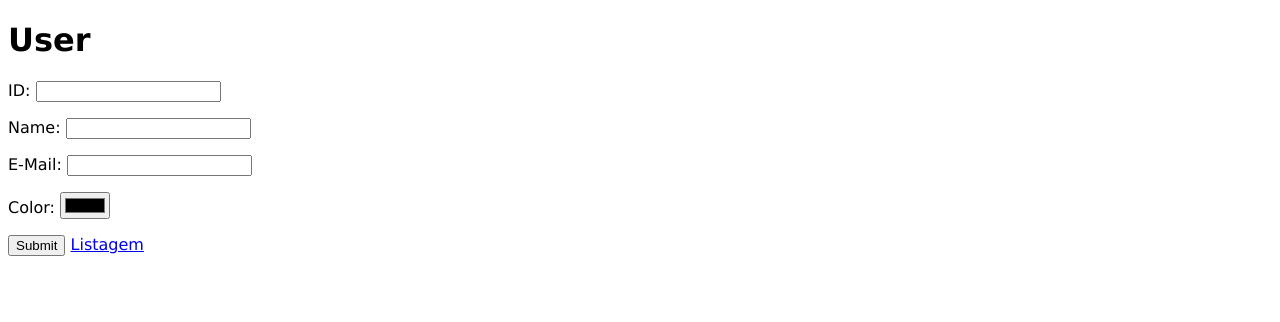
Repository: ArthurAMichelettiS/ftt-web-API
Page: ftt-WEB-api/src/main/webapp/index.html
An editor plug-in stored every save of this project. The page is shown before and after the next save, followed by the edit.
The browser window is 1280 px wide. The pictures show the whole page.

Above is the page before, as saved 2021-05-08 02:27:00.

### ftt-WEB-api/src/main/webapp/index.html


<!DOCTYPE html>
<html>
<head>
<meta charset="UTF-8">
<title>FTT - User</title>
<style>
	body {font-family:Verdana;}
</style>
</head>
<body>
<h1>User</h1>
<!--  get, post ok -->
<form method="post" action="/ftt-WEB-api/user">
<p><label for="user-id">ID: </label><input type="number" id="user-id" name="user-id" required></p>
<p><label for="user-name">Name: </label><input type="text" id="user-name" name="user-name" required></p>
<p><label for="user-email">E-Mail: </label><input type="email" id="user-email" name="user-email" required></p>
<p><label for="user-color">Color: </label><input type="color" id="user-color" name="user-color" required></p>
<input type="submit">

<a href="lista.html">Listagem</a>

</form>
</body>
</html>

After the next save:
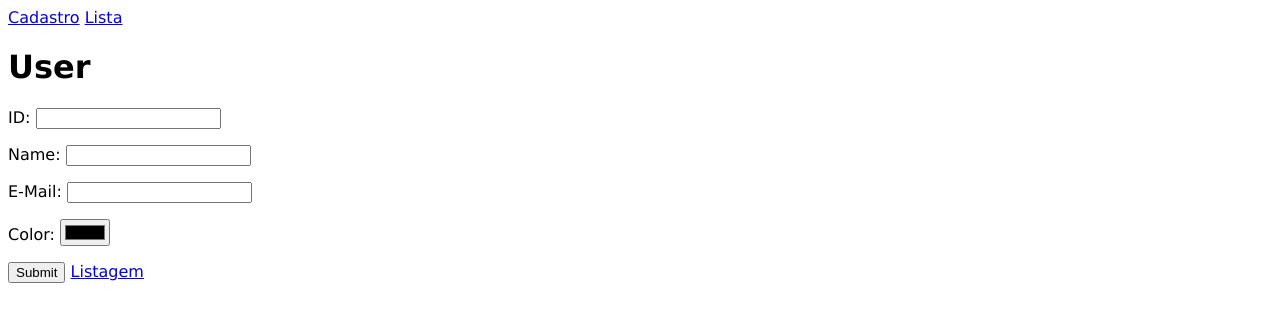
Saved 25 s later.
--- a/ftt-WEB-api/src/main/webapp/index.html
+++ b/ftt-WEB-api/src/main/webapp/index.html
@@ -10,6 +10,10 @@
 </style>
 </head>
 <body>
+<nav class="navbar">
+      <a href="index.html">Cadastro</a>
+      <a href="lista.html">Lista</a>
+    </nav>
 <h1>User</h1>
 <!--  get, post ok -->
 <form method="post" action="/ftt-WEB-api/user">
